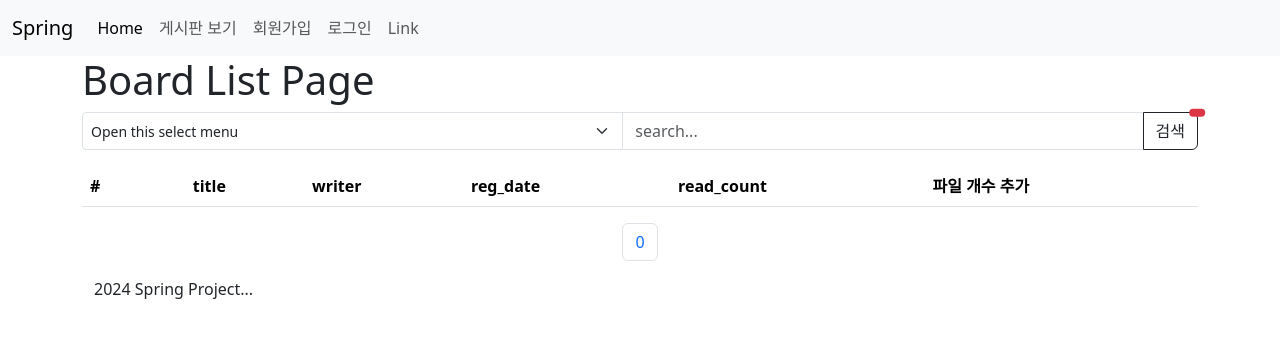
Repository: oco0217/springTest240430
Page: http://localhost/spring_study/WEB-INF/views/board/list.jsp
These files come from the project's save history. The page is drawn as it stood at one moment and after the next save; the edit follows.
The browser window is 1280 px wide. The pictures show the whole page.
The page is served by Tomcat 9. Nobody is signed in. The template is opened directly, without the code that normally fills it, so the values that code supplies are empty.

Above is the page before, as saved 2024-04-30 03:50:05.

### spring_study/src/main/webapp/WEB-INF/views/board/list.jsp
<%@ page language="java" contentType="text/html; charset=UTF-8"
	pageEncoding="UTF-8"%>
<%@ taglib uri="http://java.sun.com/jsp/jstl/core" prefix="c"%>

<jsp:include page="../layout/header.jsp" />

<div class="container-md">

	<h1>Board List Page</h1>

	<!-- 검색라인 -->
	<form class="d-flex" action="/board/list" method="get">
		<div class="input-group mb-3">
			<select name="type" class="form-select form-select-sm"
				aria-label="Small select example">
				<option ${ph.pgvo.type == null ? 'selected' : '' } selected >Open this select menu</option>
				<option ${ph.pgvo.type eq 't' ? 'selected' : '' } value="t">게시글</option>
				<option ${ph.pgvo.type eq 'w' ? 'selected' : '' } value="w">작성자</option>
				<option ${ph.pgvo.type eq 'c' ? 'selected' : '' } value="c">내용</option>
				<option ${ph.pgvo.type eq 'tc' ? 'selected' : '' } value="tc">제목+내용</option>
				<option ${ph.pgvo.type eq 'wc' ? 'selected' : '' } value="wc">작성자+내용</option>
				<option ${ph.pgvo.type eq 'tw' ? 'selected' : '' } value="tw">제목+작성자</option>
				<option ${ph.pgvo.type eq 'twc' ? 'selected' : '' } value="twc">전체</option>
			</select>
			<input name="keyword" type="text" class="form-control"aria-label="Text input with dropdown button" placeholder="search..." value="${ph.pgvo.keyword}">
				<input type="hidden" name="pageNo" value="1" >
				<input type="hidden" name="qty" value="10">
			<button type="submit" class="btn btn-outline-dark position-relative">
				검색 <span
					class="position-absolute top-0 start-100 translate-middle badge rounded-pill bg-danger">
					${ph.totalCount } <span class="visually-hidden">unread messages</span>
				</span>
			</button>
		</div>
	</form>


	<table class="table table-hover">
		<thead>
			<tr>
				<th>#</th>
				<th></th>
				<th>title</th>
				<th>writer</th>
				<th>reg_date</th>
				<th>read_count</th>
				<th>파일 개수 추가</th>
			</tr>
		</thead>

		<tbody>
			<c:forEach items="${list }" var="li">
				<tr>
					<td>${li.bno }</td>
					<td>
					<a href="/board/detail?bno=${li.bno }">${li.title }
					<c:if test="${li. cmt_qty ne 0}">
					<strong style="color: red;">[${li.cmt_qty }]</strong>
					</c:if>
					</a></td>
					<td>${li.writer }</td>
					<td>${li.reg_date }</td>
					<td>${li.read_count }</td>
					<td>${li.has_file }</td>
				</tr>
			</c:forEach>
		</tbody>
	</table>


	<!-- 페이지네이션 -->

	<nav aria-label="Page navigation example">
		<ul class="pagination justify-content-center">

		<c:if test="${ph.prev }">
			<li class="page-item"><a class="page-link" href="/board/list?pageNo=${ph.startPage-1 }&qty=${ph.pgvo.qty}&type=${ph.pgvo.type}&keyword=${ph.pgvo.keyword}"
				aria-label="Previous"> <span aria-hidden="true">&laquo;</span></a></li>
		</c:if>


				<c:forEach begin="${ph.startPage }" end="${ph.endPage }" var="i">
			<li class="page-item"><a class="page-link" href="/board/list?pageNo=${i }&qty=${ph.pgvo.qty}&type=${ph.pgvo.type}&keyword=${ph.pgvo.keyword}"> ${i } </a></li>
				</c:forEach>

				<c:if test="${ph.next }">
			<li class="page-item"><a class="page-link" href="/board/list?pageNo=${ph.endPage+1 }&qty=${ph.pgvo.qty}&type=${ph.pgvo.type}&keyword=${ph.pgvo.keyword}"
				aria-label="Next"> <span aria-hidden="true">&raquo;</span>
			</a></li>
				</c:if>
		</ul>
	</nav>


	<jsp:include page="../layout/footer.jsp" />
</div>

### spring_study/src/main/webapp/WEB-INF/views/layout/header.jsp
<%@ page language="java" contentType="text/html; charset=UTF-8"
    pageEncoding="UTF-8"%>
    <%@ taglib uri="http://java.sun.com/jsp/jstl/core" prefix="c" %>
<!DOCTYPE html>
<html>
<head>
<meta charset="UTF-8">
<title>header.jsp</title>
<link href="https://cdn.jsdelivr.net/npm/bootstrap@5.3.3/dist/css/bootstrap.min.css" rel="stylesheet" integrity="sha384-QWTKZyjpPEjISv5WaRU9OFeRpok6YctnYmDr5pNlyT2bRjXh0JMhjY6hW+ALEwIH" crossorigin="anonymous">
<script src="https://cdn.jsdelivr.net/npm/bootstrap@5.3.3/dist/js/bootstrap.bundle.min.js" integrity="sha384-YvpcrYf0tY3lHB60NNkmXc5s9fDVZLESaAA55NDzOxhy9GkcIdslK1eN7N6jIeHz" crossorigin="anonymous"></script>
</head>
<body>
<nav class="navbar navbar-expand-lg bg-body-tertiary">
  <div class="container-fluid">
    <a class="navbar-brand" href="#">Spring</a>
    <button class="navbar-toggler" type="button" data-bs-toggle="collapse" data-bs-target="#navbarSupportedContent" aria-controls="navbarSupportedContent" aria-expanded="false" aria-label="Toggle navigation">
      <span class="navbar-toggler-icon"></span>
    </button>
    <div class="collapse navbar-collapse" id="navbarSupportedContent">
      <ul class="navbar-nav me-auto mb-2 mb-lg-0">
        <li class="nav-item">
          <a class="nav-link active" aria-current="page" href="/">Home</a>
        </li>
        <c:if test="${ses ne null }">
        <li class="nav-item">
          <a class="nav-link" href="/board/register">게시판 글쓰기</a>
        </li>
        </c:if>
        <li class="nav-item">
          <a class="nav-link" href="/board/list">게시판 보기</a>
        </li>
        <c:if test="${ses eq null }">
        <li class="nav-item">
          <a class="nav-link" href="/member/register">회원가입</a>
        </li>
        <li class="nav-item">
          <a class="nav-link" href="/member/login">로그인</a>
        </li>
        </c:if>
        <c:if test="${ses ne null }">
        <li class="nav-item">
          <a class="nav-link" href="/member/logout">로그아웃</a>
        </li>
        <li class="nav-item">
          <a class="nav-link" href="/member/modify">${ses.id }(${ses.email }) Welcome!!</a>
        </li>
        </c:if>
        <li class="nav-item">
          <a class="nav-link" href="http://www.google.com" target="_blank" >Link</a>
        </li>
      </ul>
    </div>
  </div>
</nav>

### spring_study/src/main/webapp/WEB-INF/views/layout/footer.jsp
<%@ page language="java" contentType="text/html; charset=UTF-8"
    pageEncoding="UTF-8"%>

<div class="container-md">
2024 Spring Project...
</div>

</body>
</html>

After the next save:
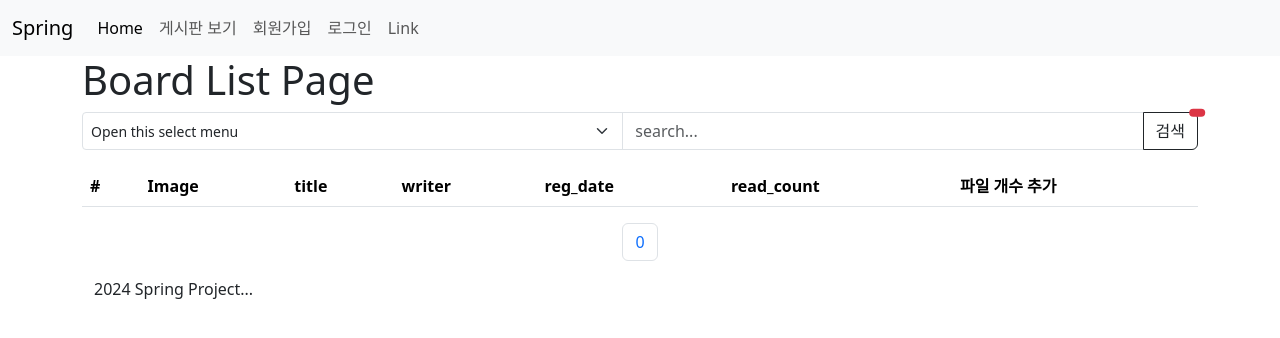
Saved 4 s later.
--- a/spring_study/src/main/webapp/WEB-INF/views/board/list.jsp
+++ b/spring_study/src/main/webapp/WEB-INF/views/board/list.jsp
@@ -39,7 +39,7 @@
 		<thead>
 			<tr>
 				<th>#</th>
-				<th></th>
+				<th>Image</th>
 				<th>title</th>
 				<th>writer</th>
 				<th>reg_date</th>
